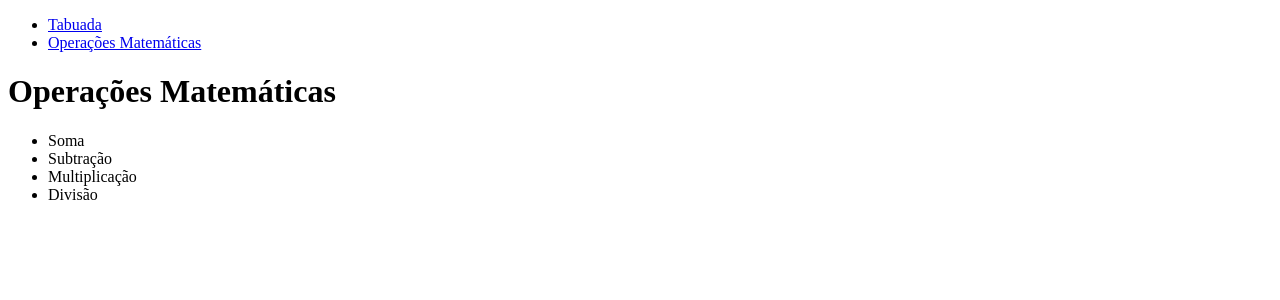
Repository: JulioCesarSF/Java
Page: http://localhost/Exercicio_02-JSPs/operacoes-matematicas.jsp
These files come from the project's save history. The page is drawn as it stood at one moment and after the next save; the edit follows.
The browser window is 1280 px wide. The pictures show the whole page.
The page is served by Tomcat 9.

Above is the page before, as saved 2016-08-17 18:41:38.

### ProjetosFaculdade/Thiago/Exercicio_02-JSPs/WebContent/operacoes-matematicas.jsp
<%@ page language="java" contentType="text/html; charset=ISO-8859-1"
	pageEncoding="ISO-8859-1"%>
<%@ page import="java.util.List"%>
<%@ page import="java.util.ArrayList"%>
<!DOCTYPE html PUBLIC "-//W3C//DTD HTML 4.01 Transitional//EN" "http://www.w3.org/TR/html4/loose.dtd">
<html>
<head>
<meta http-equiv="Content-Type" content="text/html; charset=ISO-8859-1">
<title>Operações Matemáticas</title>
<link rel="stylesheet" type="text/css" href="estilo.css">
</head>
<body>

<%@ include file="topo.jsp" %>

	<div>
		<h1>Operações Matemáticas</h1>
	</div>

	<%
		List<String> o = new ArrayList<>(); //desde java 8 não precisa declarar String no segundo "diamante".
		o.add("Soma");
		o.add("Subtração");
		o.add("Multiplicação");
		o.add("Divisão");
	%>

	<ul>

		<%
			for (String tipo : o) {
		%>

		<li><%=tipo%></li>

		<%
			}
		%>

	</ul>

</body>
</html>

### ProjetosFaculdade/Thiago/Exercicio_02-JSPs/WebContent/topo.jsp
<ul>
	<li><a href="tabuada.jsp">Tabuada</a>
	<li><a href="operacoes-matematicas.jps">Operações Matemáticas</a></li>
</ul>

### ProjetosFaculdade/Thiago/Exercicio_02-JSPs/WebContent/estilo.css
table{
	border-collapse: collapse;
}

td{
	border: 1px solid black;
	padding: 5px;
	text-align: center;
}

.menu li{
	display : inline;
	padding: 15px;
}

.menu li a{
	text-decoration: none;
}

After the next save:
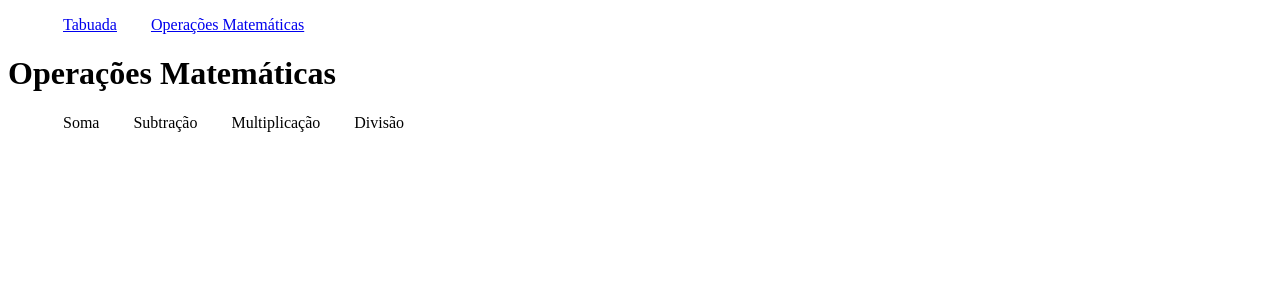
Saved 10 s later.
--- a/ProjetosFaculdade/Thiago/Exercicio_02-JSPs/WebContent/estilo.css
+++ b/ProjetosFaculdade/Thiago/Exercicio_02-JSPs/WebContent/estilo.css
@@ -8,7 +8,7 @@
 	text-align: center;
 }
 
-.menu li{
+.menu, li{
 	display : inline;
 	padding: 15px;
 }

After the save that followed:
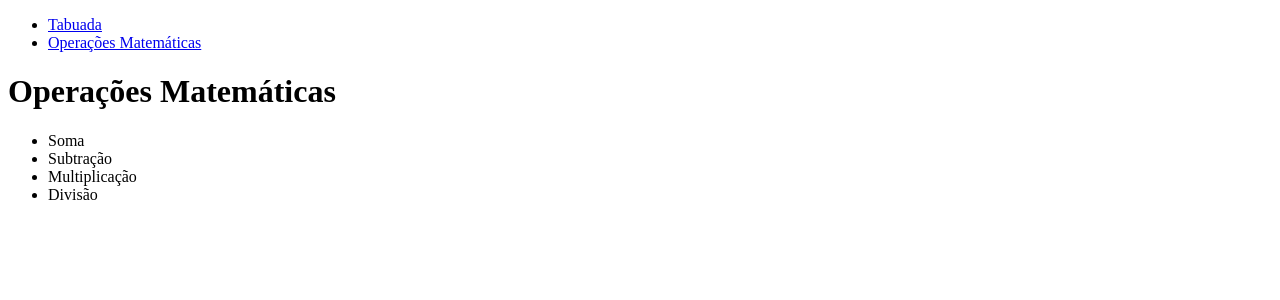
Saved 11 s later.
--- a/ProjetosFaculdade/Thiago/Exercicio_02-JSPs/WebContent/estilo.css
+++ b/ProjetosFaculdade/Thiago/Exercicio_02-JSPs/WebContent/estilo.css
@@ -8,7 +8,7 @@
 	text-align: center;
 }
 
-.menu, li{
+.menu{
 	display : inline;
 	padding: 15px;
 }
